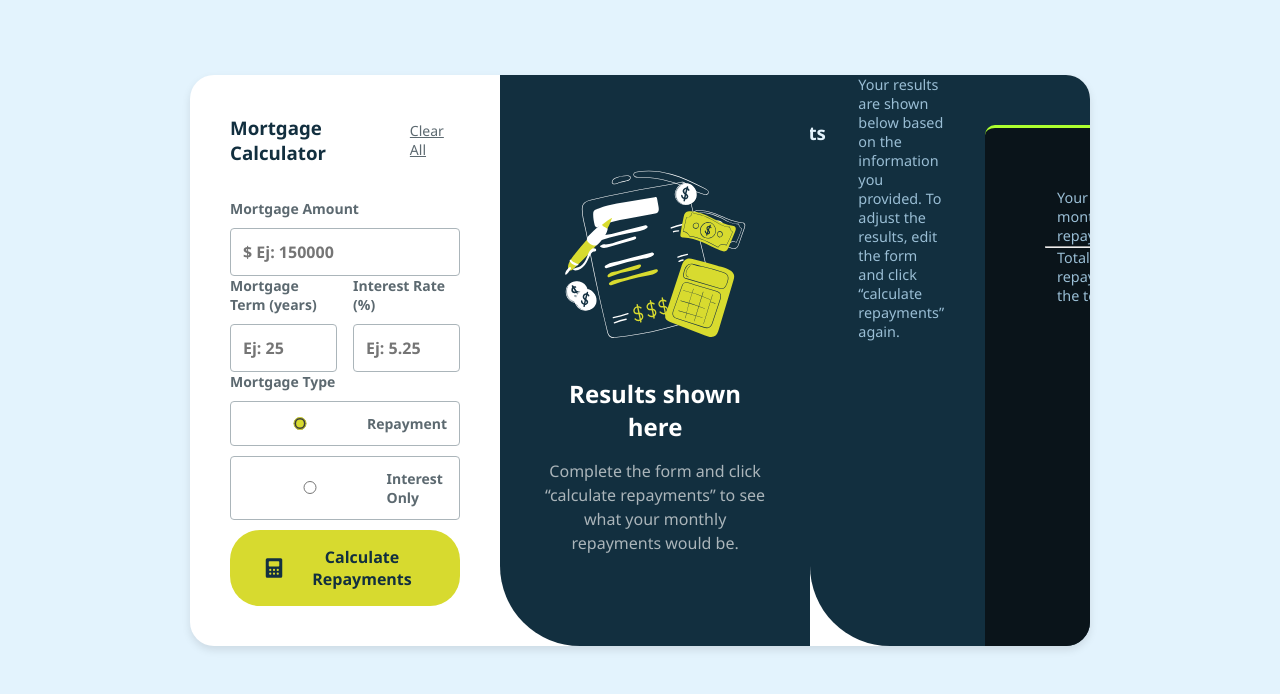
Repository: GravielPV/Mortgage-repayment-calculator
Page: index.html
These files come from the project's save history. The page is drawn as it stood at one moment and after a run of saves; the edit follows.
The browser window is 1280 px wide. The pictures show the whole page.

Above is the page before, as saved 2025-12-14 15:36:59.

### index.html
<!DOCTYPE html>
<html lang="en">
<head>
  <meta charset="UTF-8">
  <meta name="viewport" content="width=device-width, initial-scale=1.0"> <!-- displays site properly based on user's device -->

  <link rel="icon" type="image/png" sizes="32x32" href="./assets/images/favicon-32x32.png">
  <link rel="stylesheet" href="styles.css">
  <title>Frontend Mentor | Mortgage repayment calculator</title>


</head>
<body>
  <div class="carta">



  <div class="lado-izquierdo">

    <div class="header-form">
      <h3>Mortgage Calculator</h3>
      <a href="#" id="clear-all">Clear All</a>
    </div>

    <form id="mortgage-form">

      <!-- Mortgage Amount -->
      <div class="campo">
        <label for="input-mortgage">Mortgage Amount</label>

        <input
          type="number"
          id="input-mortgage"
          name="mortgage"
          placeholder="$ Ej: 150000">
      </div>

      <!-- Mortgage Term & Interest Rate -->
      <div class="grupo-doble">
        <div class="campo1">
          <label for="input-term">Mortgage Term (years)</label>
          <input
            type="number"
            id="input-term"
            name="term"
            placeholder="Ej: 25">
        </div>

        <div class="campo1">
          <label for="input-interest">Interest Rate (%)</label>
          <input
            type="number"
            step="0.01"
            id="input-interest"
            name="interest"
            placeholder="Ej: 5.25">
        </div>
      </div>

      <!-- Mortgage Type -->
      <div class="campo">
        <label>Mortgage Type</label>

        <div class="radios">
          <label class="radio arriba">
            <input type="radio" name="mortgage-type" value="repayment" checked id="repayment">
            Repayment
          </label>

          <label class="radio abajo">
            <input type="radio" name="mortgage-type" value="interest-only" id="interest-only">
            Interest Only
          </label>
        </div>
      </div>

      <!-- Botón -->
      <div class="boton">

        <button type="button" onclick="calcular()"> <img src="assets/images/icon-calculator.svg" alt="calculadora icon">Calculate Repayments</button>
      </div>



    </form>

  </div>




  <!-- Empty results start -->

  <div class="derecho">

    <img src="assets/images/illustration-empty.svg" alt="mostrar">

  <h3>Results shown here</h3>

  <p>Complete the form and click “calculate repayments” to see what
  your monthly repayments would be.</p>
  </div>

  <!-- Empty results end -->

  <!-- Completed results start -->

  <div class="resultado">
    <h3>Your results</h3>
    <p>Your results are shown below based on the information you provided.
    To adjust the results, edit the form and click “calculate repayments” again.</p>

    <div class="caja-resultados">
      <p>Your monthly repayments</p>
      <h1 id="monthly-repayment"></h1>

      <hr>

      <p>Total you'll repay over the term</p>
      <h3 id="total-repayment"></h3>
    </div>
  </div>

</div>

<!-- Completed results end -->

<script src="app.js"></script>
</body>
</html>

### styles.css
* {
    box-sizing: border-box;
    margin: 0;
    padding: 0;
    font-family: 'Segoe UI', Tahoma, Geneva, Verdana, sans-serif;
}

body {
    background-color: hsl(202, 86%, 94%);
    display: flex;
    justify-content: center;
    align-items: center;
    min-height: 100vh;
}

.carta {
    width: 100%;
    max-width: 900px;
    background-color: white;
    display: flex;
    border-radius: 24px;
    overflow: hidden;
    box-shadow: 0 4px 8px 0 rgba(0, 0, 0, 0.1);
    margin: 20px;
}

/* ---- Lado Izquierdo ---- */
.lado-izquierdo {
    width: 50%;
    padding: 40px;
    display: flex;
    flex-direction: column;
    gap: 24px;
}

.header-form {
    display: flex;
    justify-content: space-between;
    align-items: center;
    margin-bottom: 10px;
}

.header-form h3 {
    color: hsl(202, 55%, 16%);
}

.header-form a {
    color: hsl(200, 10%, 40%);
    text-decoration: underline;
    font-size: 14px;
    cursor: pointer;
}

.header-form a:hover {
    color: hsl(202, 55%, 16%);
}

/* Inputs */
.campo {
    display: flex;
    flex-direction: column;
    gap: 10px;
}

.campo label, .campo1 label {
    color: hsl(200, 10%, 40%);
    font-size: 14px;
    font-weight: bold;
}

.campo input, .campo1 input {
    padding: 12px;
    border: 1px solid hsl(200, 10%, 70%);
    border-radius: 4px;
    font-size: 16px;
    font-weight: bold;
    cursor: pointer;
    width: 100%;
}

.campo input:focus, .campo1 input:focus {
    outline: none;
    border-color: hsl(61, 70%, 52%);
}

.grupo-doble {
    display: flex;
    gap: 16px;
}

.campo1 {
    display: flex;
    flex-direction: column;
    gap: 10px;
    width: 50%;
}

/* Radio buttons */
.radios {
    display: flex;
    flex-direction: column;
    gap: 10px;
}

.radio {
    display: flex;
    align-items: center;
    border: 1px solid hsl(200, 10%, 70%);
    padding: 12px;
    border-radius: 4px;
    cursor: pointer;
    gap: 10px;
    font-weight: bold;
    color: hsl(202, 55%, 16%);
}

.radio:hover {
    border-color: hsl(61, 70%, 52%);
}

.arriba{}

.radio input {
    margin: 0;
    accent-color: hsl(61, 70%, 52%);
}

/* Boton */
.boton {
    margin-top: 10px;
}

button {
    display: flex;
    align-items: center;
    justify-content: center;
    gap: 10px;
    padding: 16px 32px;
    background-color: hsl(61, 70%, 52%);
    border: none;
    color: hsl(202, 55%, 16%);
    border-radius: 30px;
    cursor: pointer;
    font-weight: bold;
    font-size: 16px;
    width: 100%;
    transition: background-color 0.3s;
}

button:hover {
    background-color: hsl(61, 70%, 70%);
}

/* ---- Lado Derecho ---- */
.derecho {
    width: 50%;
    background-color: hsl(202, 55%, 16%);
    color: white;
    padding: 40px;
    display: flex;
    flex-direction: column;
    justify-content: center;
    align-items: center;
    text-align: center;
    border-bottom-left-radius: 80px;
}

.derecho img {
    margin-bottom: 20px;
}

.derecho h3 {
    margin-bottom: 16px;
    font-size: 24px;
}

.derecho p {
    color: hsl(200, 10%, 70%);
    line-height: 1.5;
}

.resultado {
    display: none;
}


.resultado{
     width: 50%;
    background-color: hsl(202, 55%, 16%);
    display: flex;
    justify-content: center;
    border-bottom-left-radius: 80px;
    overflow: hidden;


}

.resultado .caja-resultados {

    background-color: hsl(201, 46%, 7%);
    color: hsl(61, 70%, 52%);
    width: 80%;
    position: relative;
    left: 40px;
    top: 50px;
    padding: 60px;
    border-radius: 10px;
    border-top: 3px solid greenyellow;



}

.resultado  p{
    color: hsl(203, 41%, 72%);
    text-align: start;
    font-size: 0.90em;
    padding: 0.5px;
    margin-left: 12px;
    width: 90%;
}

.resultado h3{

    color: hsl(202, 86%, 94%);
    padding: 20px;

}



/* Responsive */
@media (max-width: 768px) {
    body {
        align-items: flex-start;
        background-color: white;
    }

    .carta {
        flex-direction: column;
        border-radius: 0;
        margin: 0;
        box-shadow: none;
        max-width: 100%;
    }

    .lado-izquierdo, .derecho {
        width: 100%;
        padding: 24px;
    }

    .derecho {
        border-radius: 0;
        min-height: 400px;
    }

    .grupo-doble {
        flex-direction: column;
    }

    .campo1 {
        width: 100%;
    }
}

### app.js
// INPUTS
const montoInput = document.getElementById("input-mortgage");
const yearsInput = document.getElementById("input-term");
const interesInput = document.getElementById("input-interest");

// RADIOS
const repaymentRadio = document.getElementById("repayment");
const interestOnlyRadio = document.getElementById("interest-only");

// RESULTADOS
const resultadoBox = document.querySelector(".resultado");
const derechoBox = document.querySelector(".derecho");

const monthlyText = document.getElementById("monthly-repayment");
const totalText = document.getElementById("total-repayment");

// CLEAR ALL
const clearAllBtn = document.getElementById("clear-all");

// FORMATO MONEDA
function formatoMoneda(valor) {
  return new Intl.NumberFormat("en-US", {
    style: "currency",
    currency: "USD",
    minimumFractionDigits: 2,
  }).format(valor);
}

// CALCULAR
function calcular() {
  const monto = Number(montoInput.value);
  const years = Number(yearsInput.value);
  const interes = Number(interesInput.value) / 100;

  if (!monto || !years || !interes) {
    alert("Please complete all fields");
    return;
  }

  const r = interes / 12;
  const n = years * 12;

  let pagoMensual = 0;
  let pagoTotal = 0;

  // REPAYMENT
  if (repaymentRadio.checked) {
    pagoMensual =
      (monto * r * Math.pow(1 + r, n)) /
      (Math.pow(1 + r, n) - 1);

    pagoTotal = pagoMensual * n;
  }

  // INTEREST ONLY
  if (interestOnlyRadio.checked) {
    pagoMensual = monto * r;
    pagoTotal = pagoMensual * n;
  }

  // MOSTRAR RESULTADOS
  monthlyText.textContent = formatoMoneda(pagoMensual);
  totalText.textContent = formatoMoneda(pagoTotal);

  derechoBox.style.display = "none";
  resultadoBox.style.display = "block";
}

// CLEAR ALL
clearAllBtn.addEventListener("click", (e) => {
  e.preventDefault();

  montoInput.value = "";
  yearsInput.value = "";
  interesInput.value = "";

  repaymentRadio.checked = true;
  interestOnlyRadio.checked = false;

  resultadoBox.style.display = "none";
  derechoBox.style.display = "block";
});

After the next 3 saves:
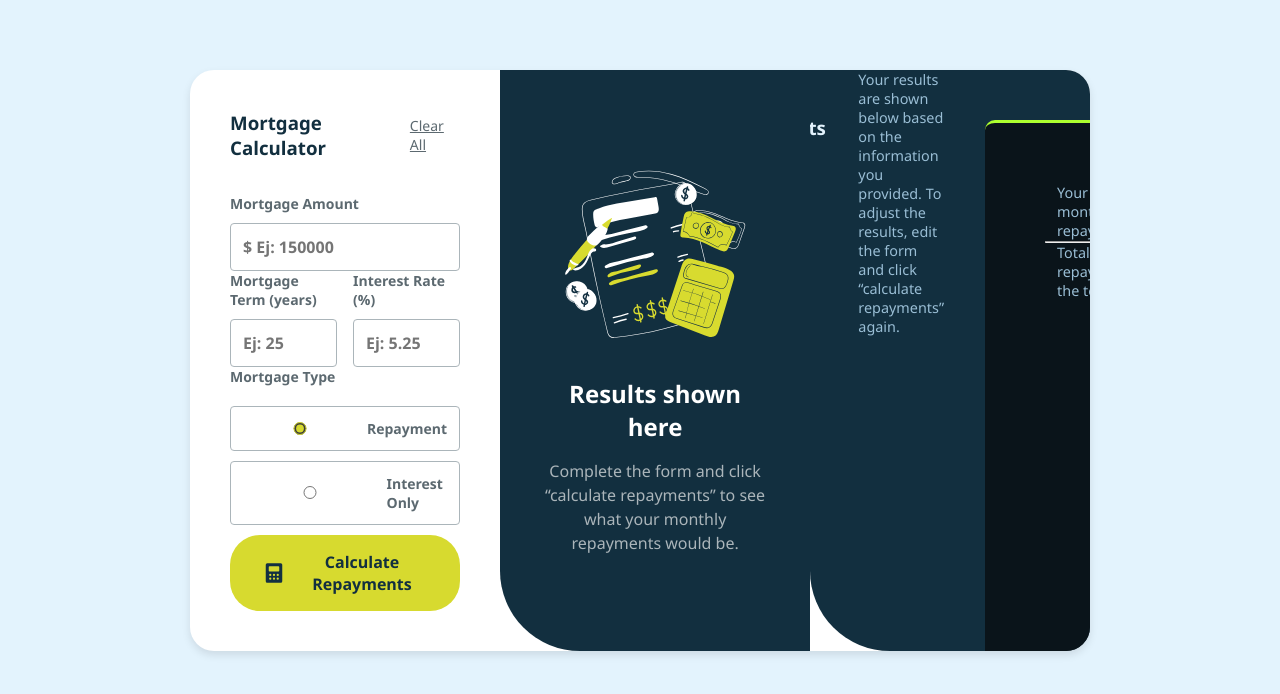
The 3 saves are shown as one change because they came seconds apart.
The last was saved 7 s later.
--- a/styles.css
+++ b/styles.css
@@ -118,7 +118,10 @@ body {
     border-color: hsl(61, 70%, 52%);
 }
 
-.arriba{}
+.arriba{
+    margin-top: 10px;
+
+}
 
 .radio input {
     margin: 0;

After the save that followed:
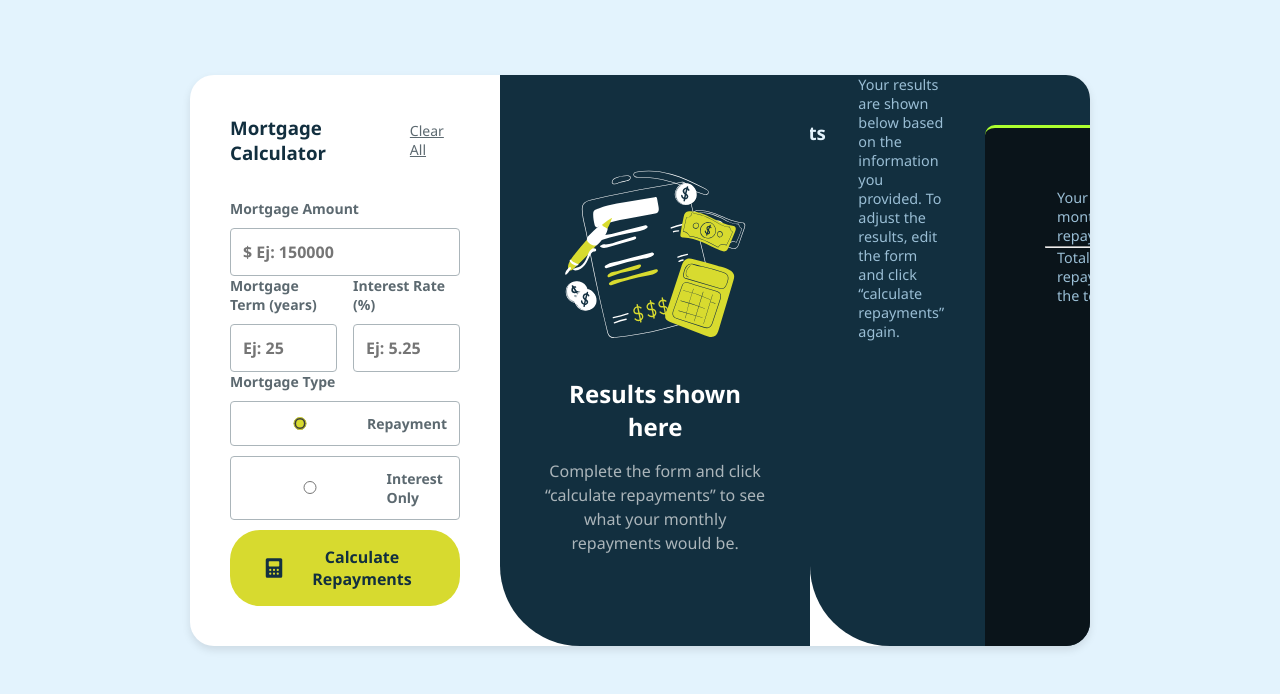
Saved 6 s later.
--- a/styles.css
+++ b/styles.css
@@ -119,7 +119,6 @@ body {
 }
 
 .arriba{
-    margin-top: 10px;
 
 }
 
